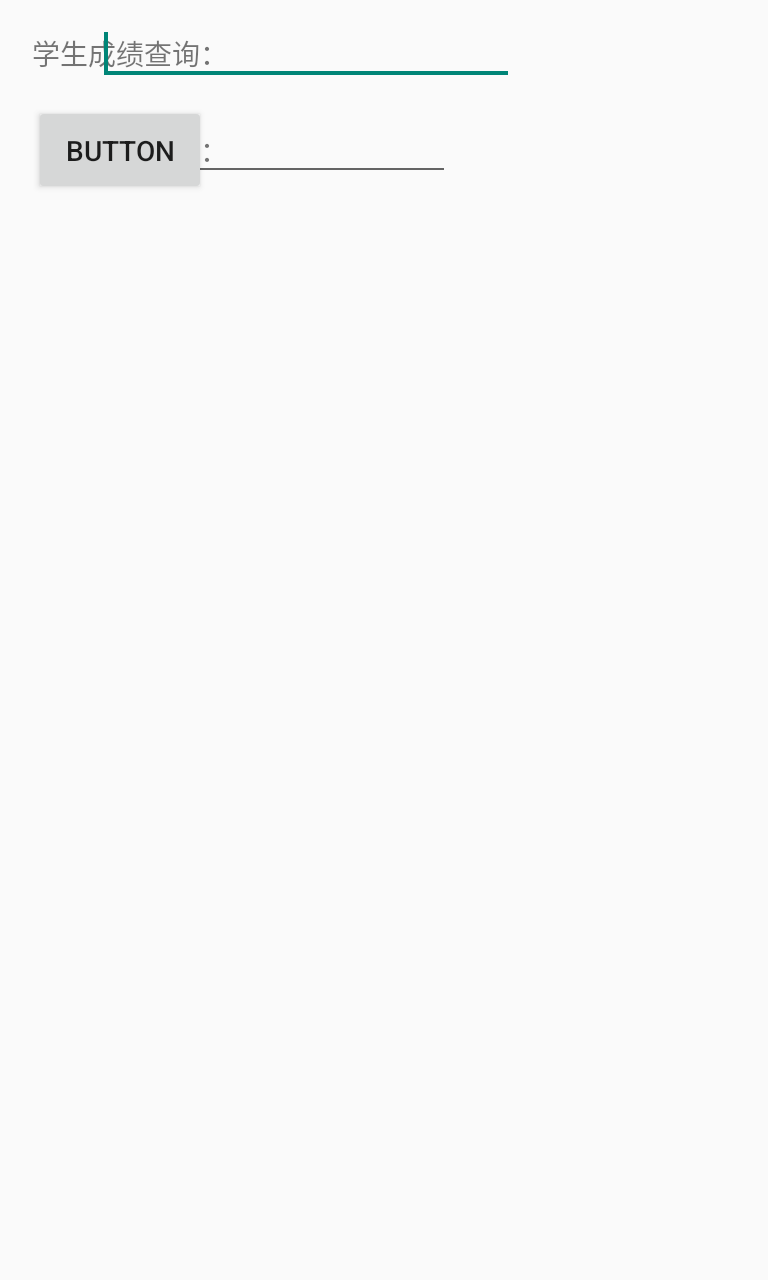
Repository: DaisyDong/AndroidPath
Layout: ScoreQurey/res/layout/activity_main.xml
These files come from the project's save history. The layout is drawn as it stood at one moment and after the next save; the edit follows.
It is drawn on a 768 x 1280 px phone screen (xhdpi) without system bars, with theme AppTheme; the app's code is not run.

Above is the layout before, as saved 2015-04-19 09:20:26.

### ScoreQurey/res/layout/activity_main.xml
<RelativeLayout xmlns:android="http://schemas.android.com/apk/res/android"
    xmlns:tools="http://schemas.android.com/tools"
    android:layout_width="match_parent"
    android:layout_height="match_parent"
    android:paddingBottom="@dimen/activity_vertical_margin"
    android:paddingLeft="@dimen/activity_horizontal_margin"
    android:paddingRight="@dimen/activity_horizontal_margin"
    android:paddingTop="@dimen/activity_vertical_margin"
    tools:context="com.example.scorequrey.MainActivity" >

    <TextView
        android:id="@+id/tv1"
        android:layout_width="wrap_content"
        android:layout_height="wrap_content"
        android:text="学生成绩查询：" />

    <TextView
        android:id="@+id/tv2"
        android:layout_width="wrap_content"
        android:layout_height="wrap_content"
        android:layout_alignLeft="@+id/tv2"
        android:layout_below="@+id/tv2"
        android:layout_marginTop="15dp"
        android:text="姓名:" />

    <EditText
        android:id="@+id/et1"
        android:layout_width="wrap_content"
        android:layout_height="wrap_content"
        android:layout_alignBaseline="@+id/tv1"
        android:layout_alignBottom="@+id/tv1"
        android:layout_toRightOf="@+id/tv2"
        android:ems="10" >

        <requestFocus />
    </EditText>

    <TextView
        android:id="@+id/tv3"
        android:layout_width="wrap_content"
        android:layout_height="wrap_content"
        android:layout_alignRight="@+id/tv1"
        android:layout_below="@+id/et1"
        android:layout_marginTop="20dp"
        android:text="学号：" />

    <EditText
        android:id="@+id/et2"
        android:layout_width="wrap_content"
        android:layout_height="wrap_content"
        android:layout_alignBaseline="@+id/tv3"
        android:layout_alignBottom="@+id/textView3"
        android:layout_toRightOf="@+id/textView3"
        android:ems="10" />

    <Button
        android:id="@+id/button1"
        android:layout_width="wrap_content"
        android:layout_height="wrap_content"
        android:layout_below="@+id/editText2"
        android:layout_marginTop="35dp"
        android:layout_toRightOf="@+id/textView2"
        android:text="Button" />

</RelativeLayout>

Loaded but not shown: ScoreQurey/res/values/styles.xml (common file); ScoreQurey/res/values-v11/styles.xml (common file); ScoreQurey/res/values-v14/styles.xml (common file); ScoreQurey/res/values/dimens.xml (common file); ScoreQurey/res/values-w820dp/dimens.xml (common file)

After the next save:
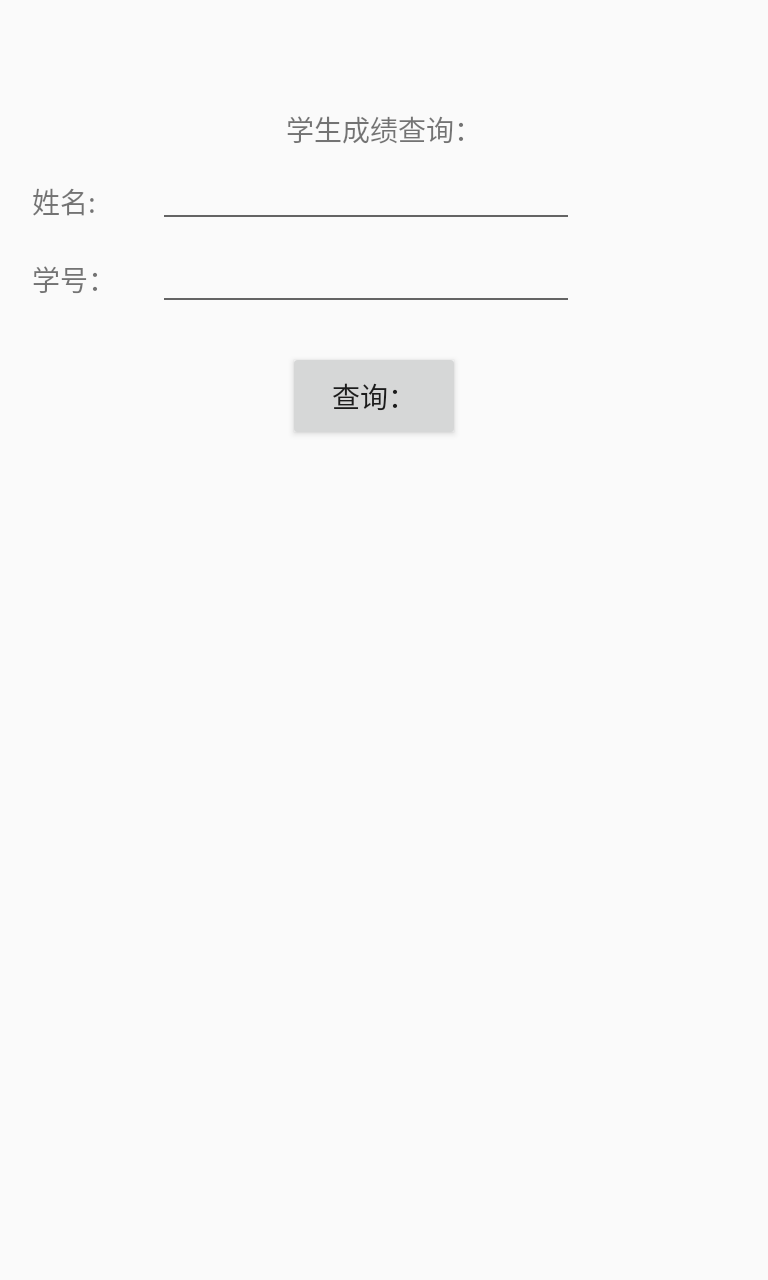
Saved 5 min 14 s later.
--- a/ScoreQurey/res/layout/activity_main.xml
+++ b/ScoreQurey/res/layout/activity_main.xml
@@ -9,57 +9,56 @@
     tools:context="com.example.scorequrey.MainActivity" >
 
     <TextView
-        android:id="@+id/tv1"
-        android:layout_width="wrap_content"
-        android:layout_height="wrap_content"
-        android:text="学生成绩查询：" />
-
-    <TextView
         android:id="@+id/tv2"
         android:layout_width="wrap_content"
         android:layout_height="wrap_content"
         android:layout_alignLeft="@+id/tv2"
-        android:layout_below="@+id/tv2"
+        android:layout_below="@+id/tv1"
         android:layout_marginTop="15dp"
         android:text="姓名:" />
-
-    <EditText
-        android:id="@+id/et1"
-        android:layout_width="wrap_content"
-        android:layout_height="wrap_content"
-        android:layout_alignBaseline="@+id/tv1"
-        android:layout_alignBottom="@+id/tv1"
-        android:layout_toRightOf="@+id/tv2"
-        android:ems="10" >
-
-        <requestFocus />
-    </EditText>
 
     <TextView
         android:id="@+id/tv3"
         android:layout_width="wrap_content"
         android:layout_height="wrap_content"
-        android:layout_alignRight="@+id/tv1"
-        android:layout_below="@+id/et1"
-        android:layout_marginTop="20dp"
+        android:layout_alignLeft="@+id/tv2"
+        android:layout_below="@+id/tv2"
+        android:layout_marginTop="18dp"
         android:text="学号：" />
 
     <EditText
         android:id="@+id/et2"
         android:layout_width="wrap_content"
         android:layout_height="wrap_content"
-        android:layout_alignBaseline="@+id/tv3"
-        android:layout_alignBottom="@+id/textView3"
-        android:layout_toRightOf="@+id/textView3"
+        android:layout_below="@+id/editText1"
+        android:layout_marginLeft="20dp"
+        android:layout_toRightOf="@+id/tv3"
         android:ems="10" />
 
-    <Button
-        android:id="@+id/button1"
+    <EditText
+        android:id="@+id/editText1"
         android:layout_width="wrap_content"
         android:layout_height="wrap_content"
-        android:layout_below="@+id/editText2"
-        android:layout_marginTop="35dp"
-        android:layout_toRightOf="@+id/textView2"
-        android:text="Button" />
+        android:layout_alignLeft="@+id/et2"
+        android:layout_below="@+id/tv1"
+        android:ems="10" />
+
+    <TextView
+        android:id="@+id/tv1"
+        android:layout_width="wrap_content"
+        android:layout_height="wrap_content"
+        android:layout_alignParentTop="true"
+        android:layout_centerHorizontal="true"
+        android:layout_marginTop="38dp"
+        android:text="学生成绩查询：" />
+
+    <Button
+        android:id="@+id/bnt"
+        android:layout_width="wrap_content"
+        android:layout_height="wrap_content"
+        android:layout_alignLeft="@+id/tv1"
+        android:layout_below="@+id/et2"
+        android:layout_marginTop="16dp"
+        android:text="查询：" />
 
 </RelativeLayout>
